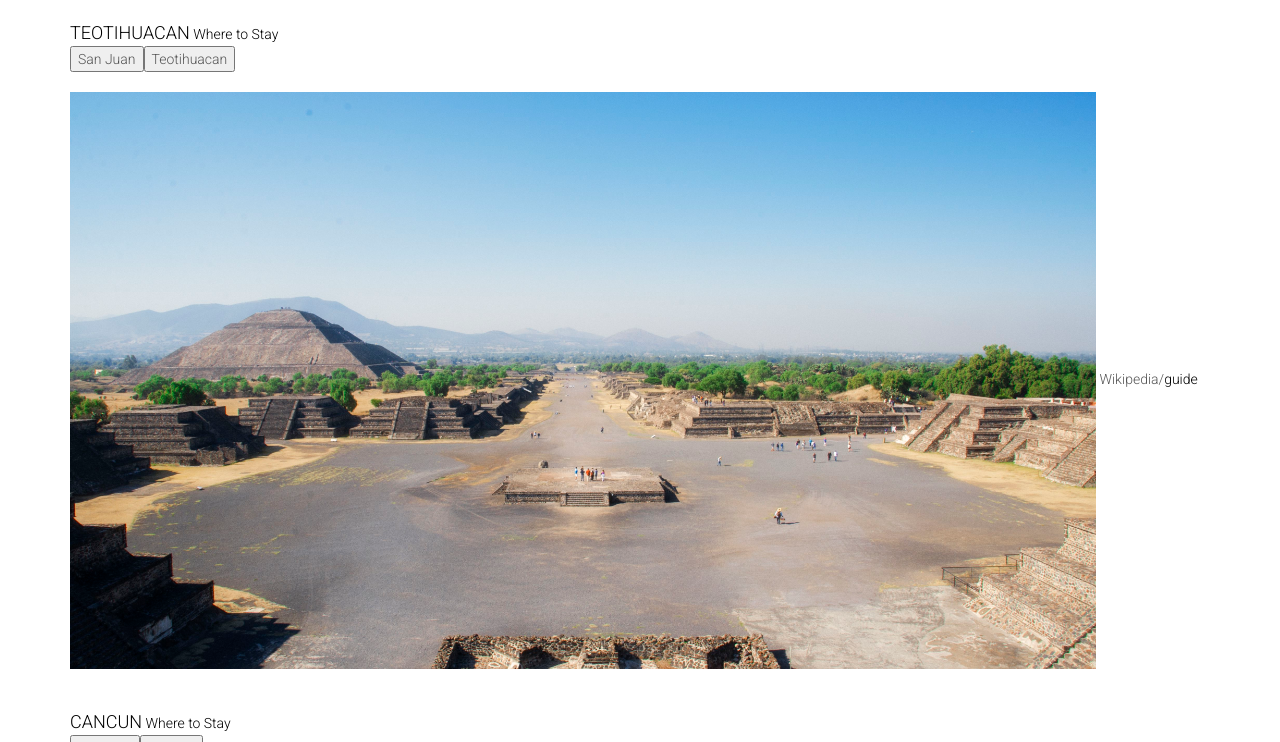
Repository: navegantemx/holiday-destination
Page: destinations.html
The author's editor kept a record of every edit. The page is drawn from the files as they stood at one moment, then again after the next edit.
The browser window is 1280 px wide. The pictures show the part of the page from y = 5758 to 6500 px (the page is 8051 px tall before and 8071 px after).
A picture or video elsewhere on the page could not be fetched, so the positions and the page height are approximate. Some web libraries are served in a nearby version.

Above is the page before.

After the next edit:
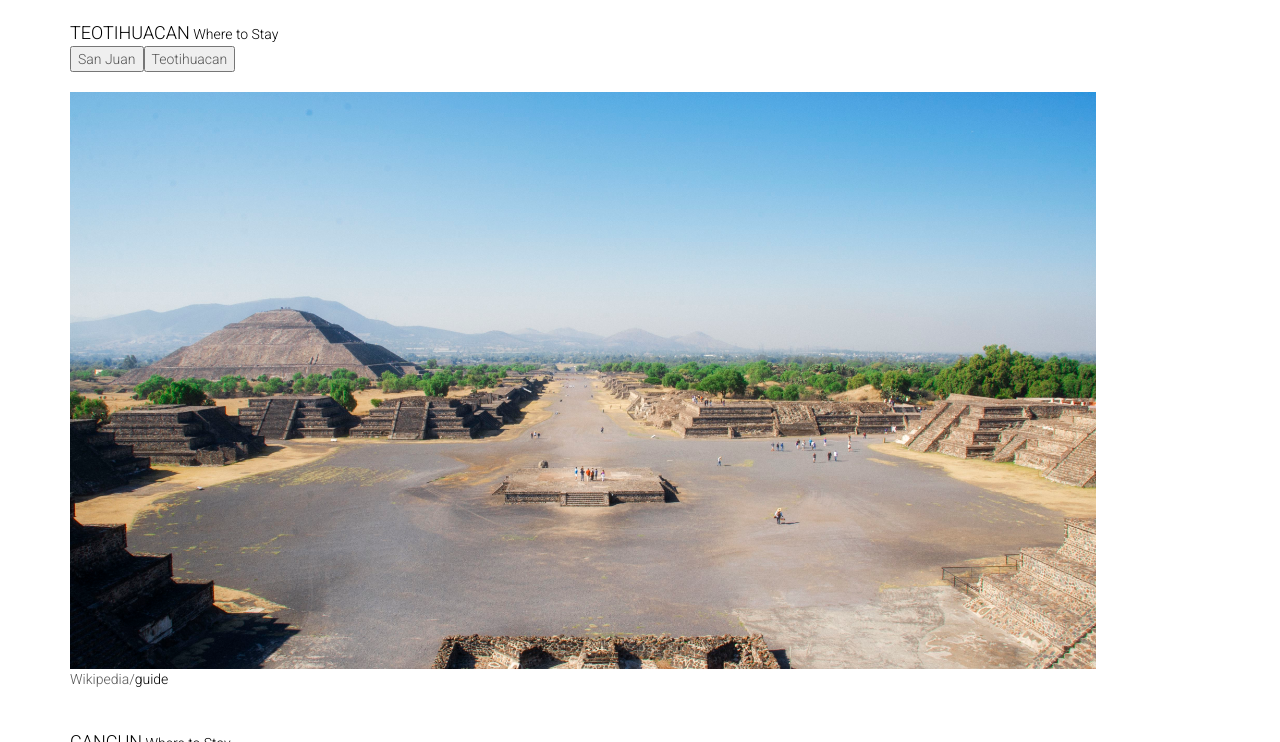
The edit:
--- a/destinations.html
+++ b/destinations.html
@@ -118,7 +118,7 @@
         <a href="//www.touropia.com/checkin?city=San Juan Teotihuacan,Mexico" target="_blank" class="fancybox">Where to Stay</a><br>
         <button id="teotihuacanButton">San Juan</button><span><button id="sanjuanButton">Teotihuacan</button></span><br><br>
         <div class="image_640">
-            <img id="teotihuacanImage" src= assets/images/mexico_teotihuacan_01.jpg width="90%">
+            <img id="teotihuacanImage" src= assets/images/mexico_teotihuacan_01.jpg width="90%"><br>
             <span class="photo-credit">Wikipedia/<a href="https://en.wikipedia.org/wiki/Teotihuac%C3%A1n_Municipality" target="_blank">guide</a></span>
         </div>
         <br><br>
